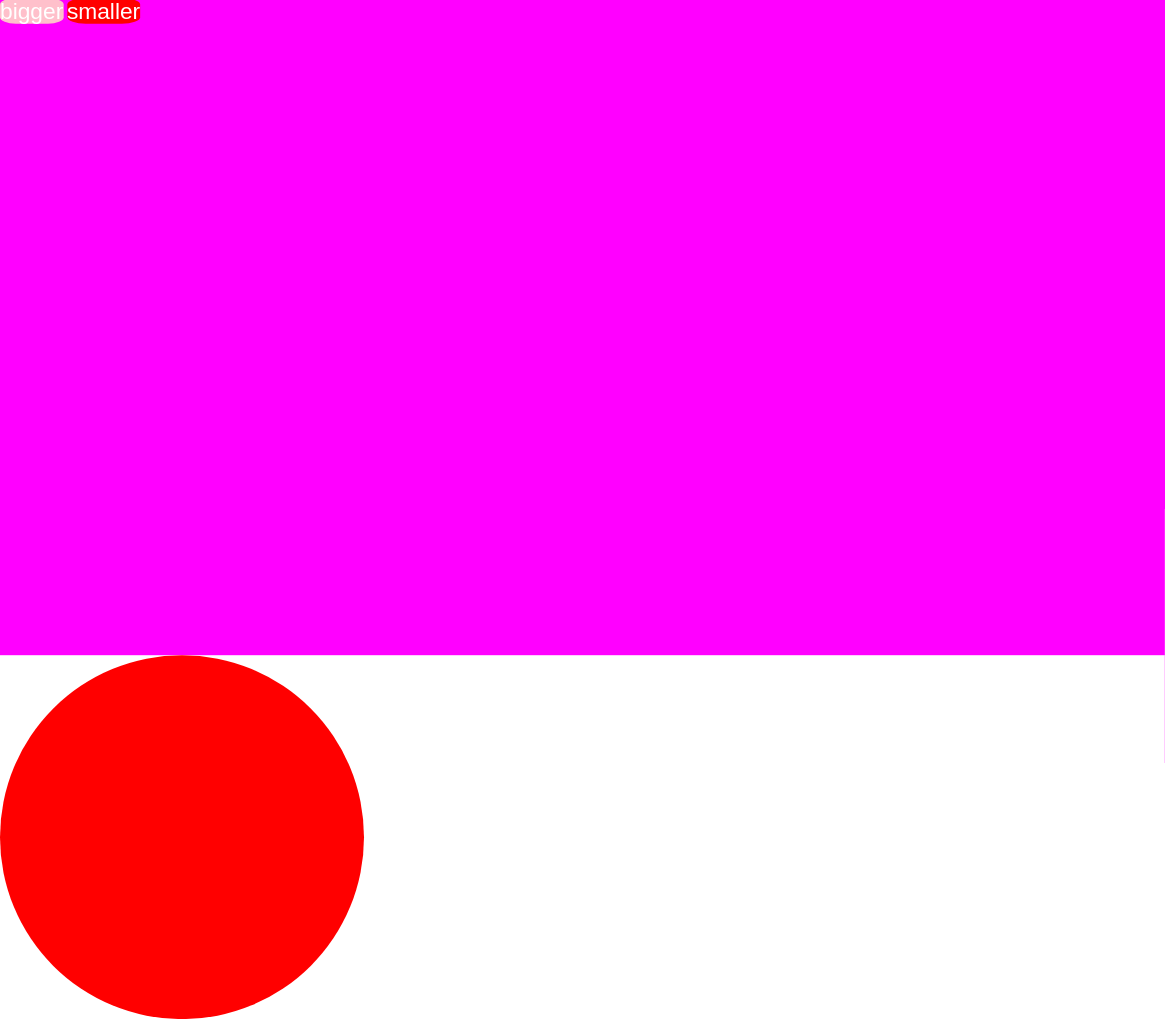
Repository: xuc009/assignment-4
Page: index.html
An editor plug-in stored every save of this project. The page is shown before and after the next save, followed by the edit.
The browser window is 1280 px wide. The pictures show the whole page, at 91% of full size.

Above is the page before, as saved 2019-11-21 16:28:46.
Console error: ReferenceError: red is not defined

After the next save:
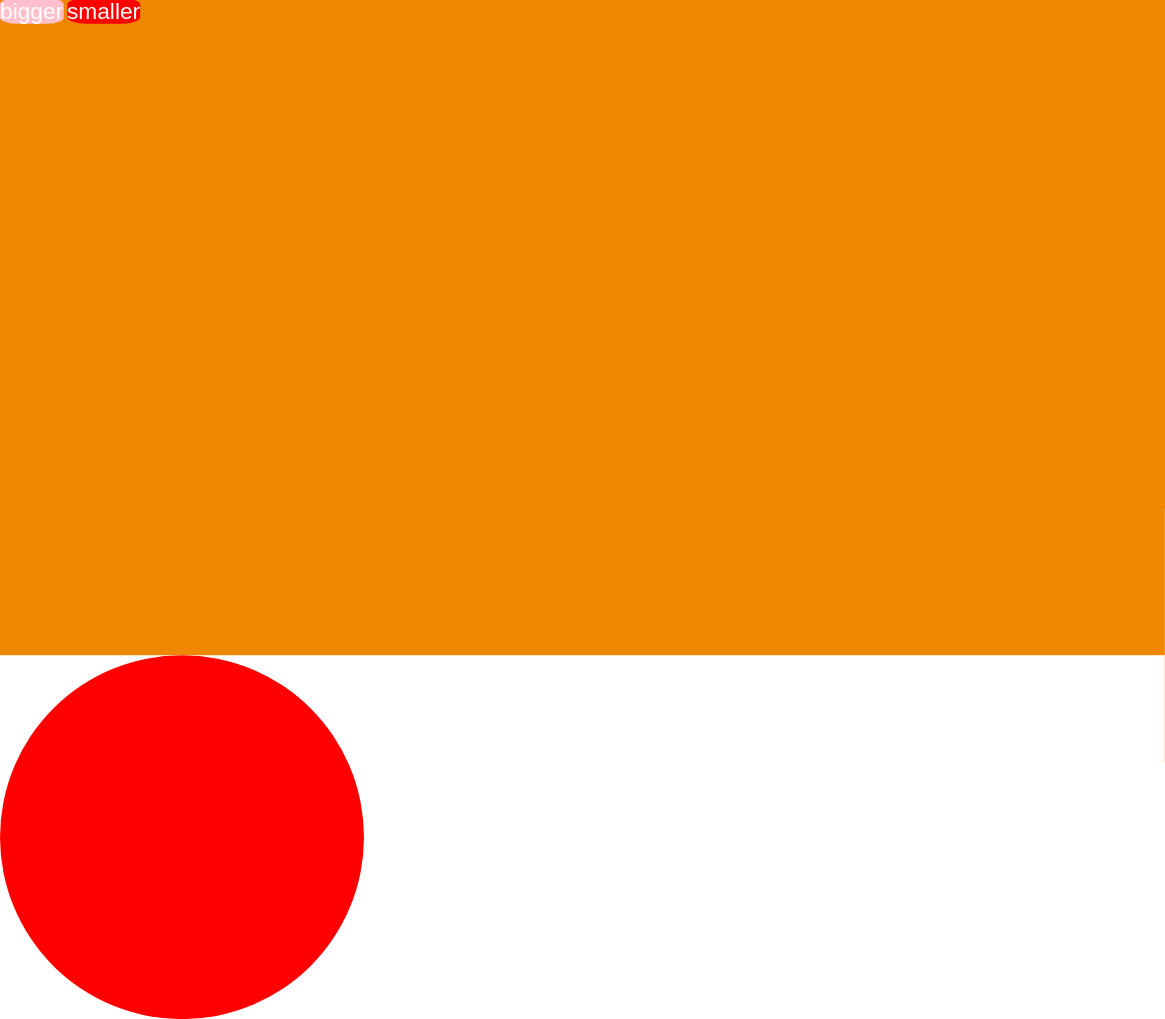
The error is gone.
Saved 13 s later.
--- a/assets/script2.js
+++ b/assets/script2.js
@@ -29,7 +29,9 @@ var saveUserInfo = function(){
          .split(',');
 
 		console.log("current color:", currentColor);
-
+		var red = Math.round(Math.random()*255);
+		var green = Math.round(Math.random()*255);
+		var blue = Math.round(Math.random()*255);
 		// var red = currentColor[0];
 		// red = parseInt(red);
 		// console.log("red value:", red);
